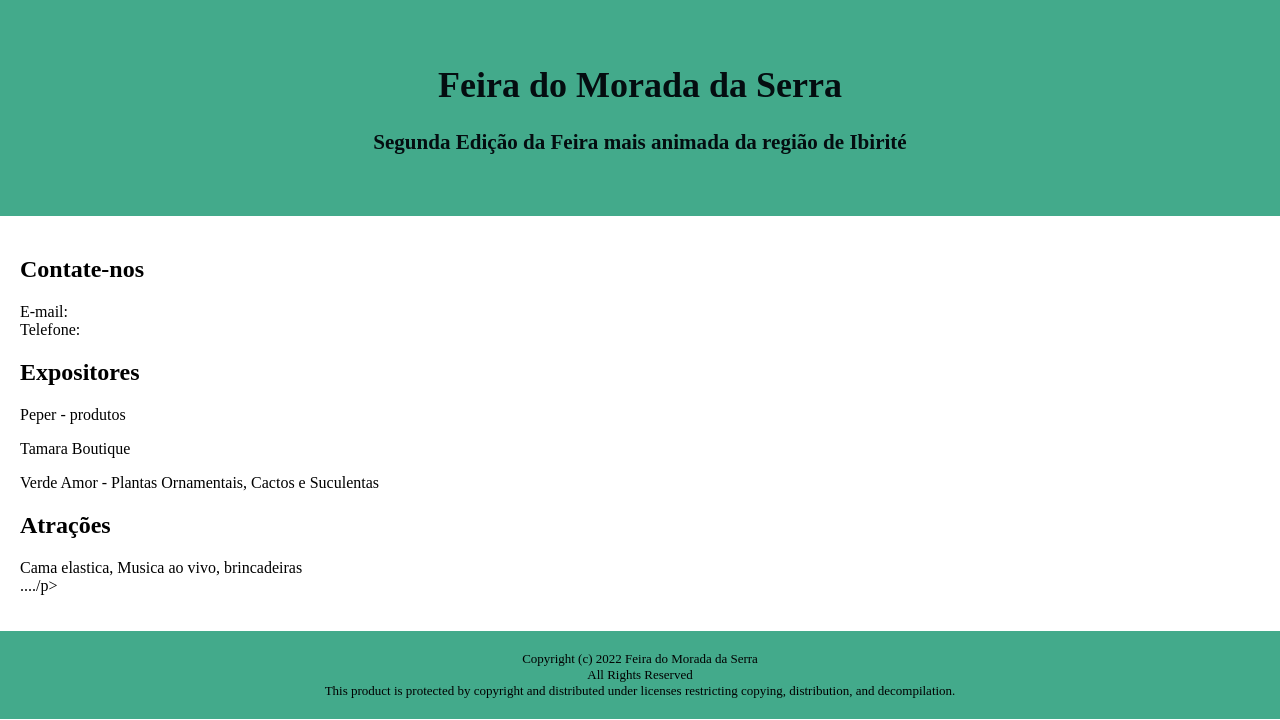
Repository: valerianogueirasilva/feiraibirite
Page: SoacialProject/Index.html
These files come from the project's save history. The page is drawn as it stood at one moment and after the next save; the edit follows.
The browser window is 1280 px wide. The pictures show the whole page.

Above is the page before, as saved 2022-07-11 15:21:21.

### SoacialProject/Index.html
<!DOCTYPE html>
<html>
<head>
<meta charset="ISO-8859-1">
<title> Feira Social do Morada da Serra </title>
<link rel="stylesheet" type="text/css" href="Css/cssfile.css" >

<div id="DivHeaderId" class=DivHeaderClass">
<header id="HeaderId" class="HeaderClass">
<h1 id="H1HeaderId" class="H1HeaderClass">Feira do Morada da Serra</h1>
<h3 id="H3HeaderId" class="H3HeaderClass">Segunda Edição da Feira mais animada da região de Ibirité</h3>
</header>
</div>


</head>
<body>

<div id= "DivRowId" class="DivRowClass">
  <div id="ColumnRigthId" class="ColumnRigthClass">
    <h2>Contate-nos</h2>
    <p>E-mail: <br> Telefone: <br> </p>
  </div>

  <div ide="ColumnMiddleId" class="ColumnMiddleClass">
    <h2>Expositores</h2>
    <p id="PeperId" Class="PeperClass"> Peper - produtos </p>
    <p> Tamara Boutique </p>
    <p id="VerdeAmorId" class="VerdeAmorClass"> Verde Amor - Plantas Ornamentais, Cactos e Suculentas</p>
    <p></p>
    <p></p>
    <p></p>
    <p></p>
    <p></p>
    <p></p>
    <p></p>
    <p></p>
    <p></p>
    <p></p>
    <p></p>
    <p></p>
    <p></p>
    <p></p>
    <p></p>
    <p></p>
    <p></p>
    <p></p>
    <p></p>
    <p></p>
    <p></p>
    <p></p>
    <p></p>
    <p></p>
    <p></p>

  </div>

<div id="ColumnLeftId" class="ColumnLeftClass"">
    <h2>Atrações</h2>
    <p>Cama elastica, Musica ao vivo, brincadeiras ..../p>
  </div>
</div>


<footer ide="FooterId" class="FooterClass" >Copyright (c) 2022 Feira do Morada da Serra <br> All Rights Reserved <br>

This product is protected by copyright and distributed under
licenses restricting copying, distribution, and decompilation. </footer>

</body>
</html>

### SoacialProject/Css/cssfile.css
/*
Author: Valeria Nogueira
Date: 11 july 2022
Section: Social Project

https://coolors.co/f94144-f3722c-f8961e-fdc9b0-f9c74f-74a94c-43aa8b-4f9290-ffffff-040d10
*/

.HeaderClass {
   text-align: center;
   background: #43AA8B;
   padding: 40px;
   font-size: 18px;
   color: #040D10;
}

body {
  margin: 0;
}


.DivRowClass{
	float: center;
	padding: 20px;
}


.column {
  float: left;
  padding: 10px;
}

.ColumnRigthClass {
	width: 25%;
}
.ColumnMiddleClass{
	width: 50%;
}

.ColumnLeftClass {
	width: 25%;
}

/* Clear floats after the columns */
.row:after {
  content: "";
  display: table;
  clear: both;
}








.FooterClass {
	text-align: center;
	padding: 20px;
	background: #43AA8B;
	font-size: 13px;
}

After the next save:
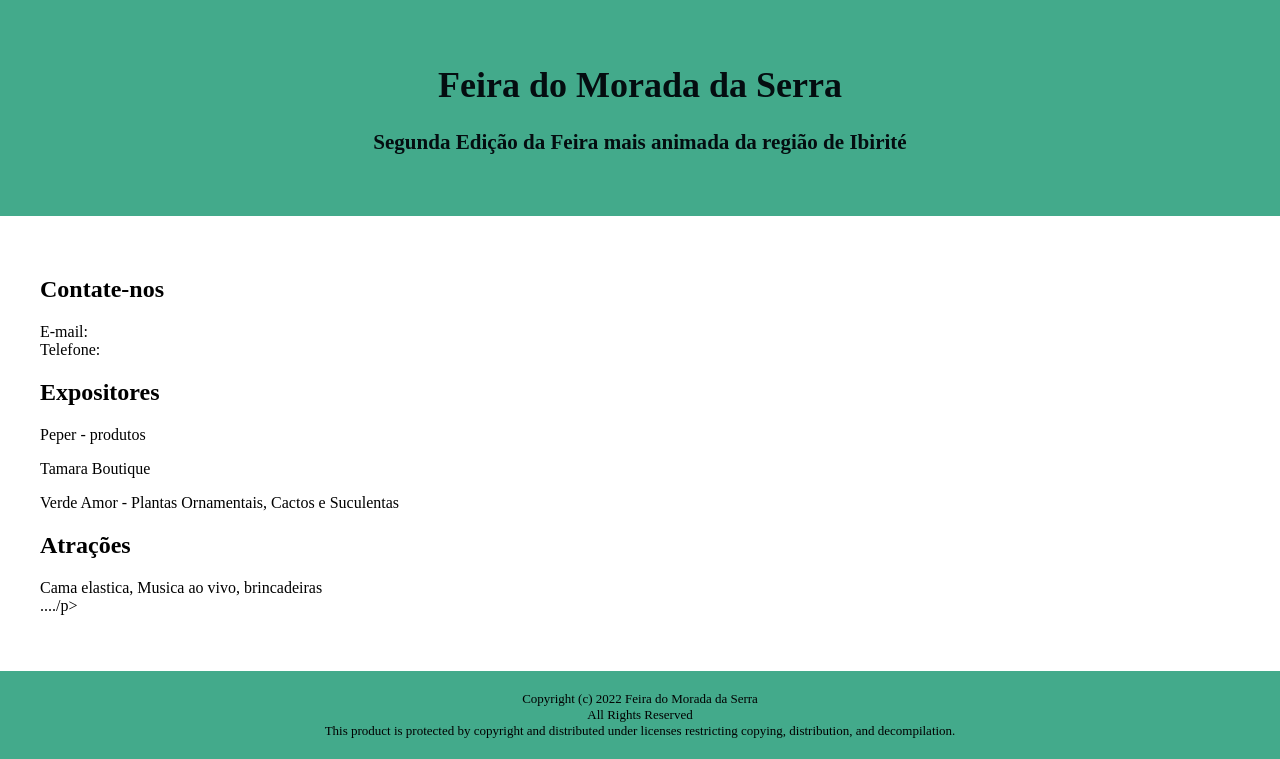
Saved 10 s later.
--- a/SoacialProject/Css/cssfile.css
+++ b/SoacialProject/Css/cssfile.css
@@ -21,7 +21,7 @@ body {
 
 .DivRowClass{
 	float: center;
-	padding: 20px;
+	padding: 40px;
 }
 
 
